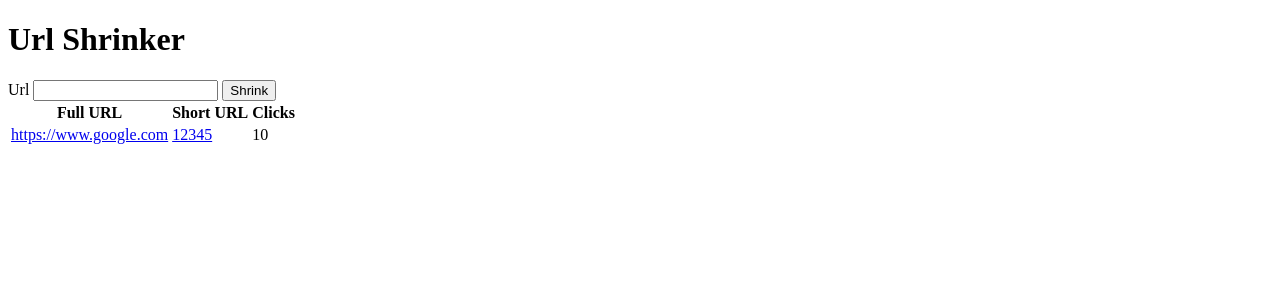
Repository: mohamediyas/urlShorter
Page: http://localhost/
An editor plug-in stored every save of this project. The page is shown before and after the next save, followed by the edit.
The browser window is 1280 px wide. The pictures show the whole page.
The page is served by the project's Node server (index.js).

Above is the page before, as saved 2022-10-22 13:25:37.

### views/index.ejs
<!DOCTYPE html>
<html lang="en">
  <head>
    <meta charset="UTF-8" />
    <meta http-equiv="X-UA-Compatible" content="IE=edge" />
    <meta name="viewport" content="width=device-width, initial-scale=1.0" />
    <title>Document</title>
  </head>

  <body>
    <h1>Url Shrinker</h1>

    <form action="" method="post">
      <label for="fullUrl">Url</label>
      <input type="url" name="fullUrl" id="fullUrl" />
      <button type="submit">Shrink</button>
    </form>

    <table>
      <thead>
        <tr>
          <th>Full URL</th>
          <th>Short URL</th>
          <th>Clicks</th>
        </tr>
      </thead>

      <tbody>
        <tr>
          <td>
            <a href="https://www.google.com">https://www.google.com</a>
          </td>
          <td>
            <a href="/12345">12345</a>
          </td>
          <td>10</td>
        </tr>
      </tbody>
    </table>
  </body>
</html>

### index.js
const express = require("express");
const path = require("path");

const app = express();

app.set("view engine", "ejs");
// app.set("views", path.join(__dirname, "views"));

app.get("/", (req, res) => {
  res.render("index");
});

app.listen(process.env.PORT || 5000);

After the next save:
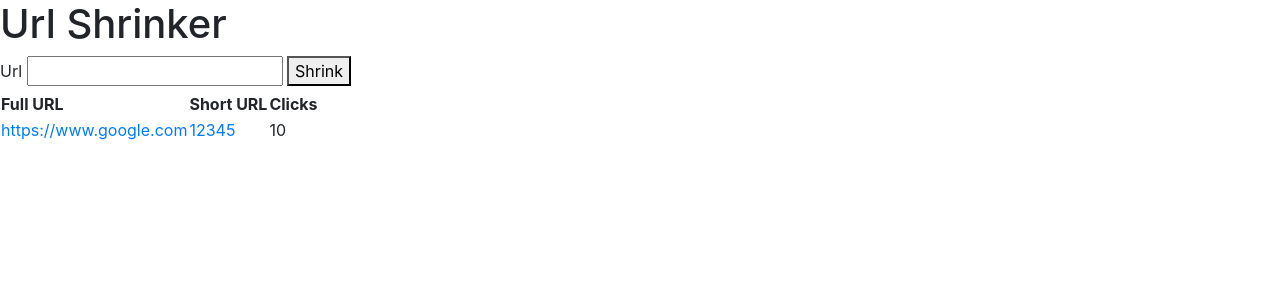
Saved 3 min 1 s later.
--- a/views/index.ejs
+++ b/views/index.ejs
@@ -3,8 +3,16 @@
   <head>
     <meta charset="UTF-8" />
     <meta http-equiv="X-UA-Compatible" content="IE=edge" />
+
     <meta name="viewport" content="width=device-width, initial-scale=1.0" />
+
     <title>Document</title>
+    <link
+      rel="stylesheet"
+      href="https://stackpath.bootstrapcdn.com/bootstrap/4.4.1/css/bootstrap.min.css"
+      integrity="sha384-Vkoo8x4CGsO3+Hhxv8T/Q5PaXtkKtu6ug5TOeNV6gBiFeWPGFN9MuhOf23Q9Ifjh"
+      crossorigin="anonymous"
+    />
   </head>
 
   <body>
